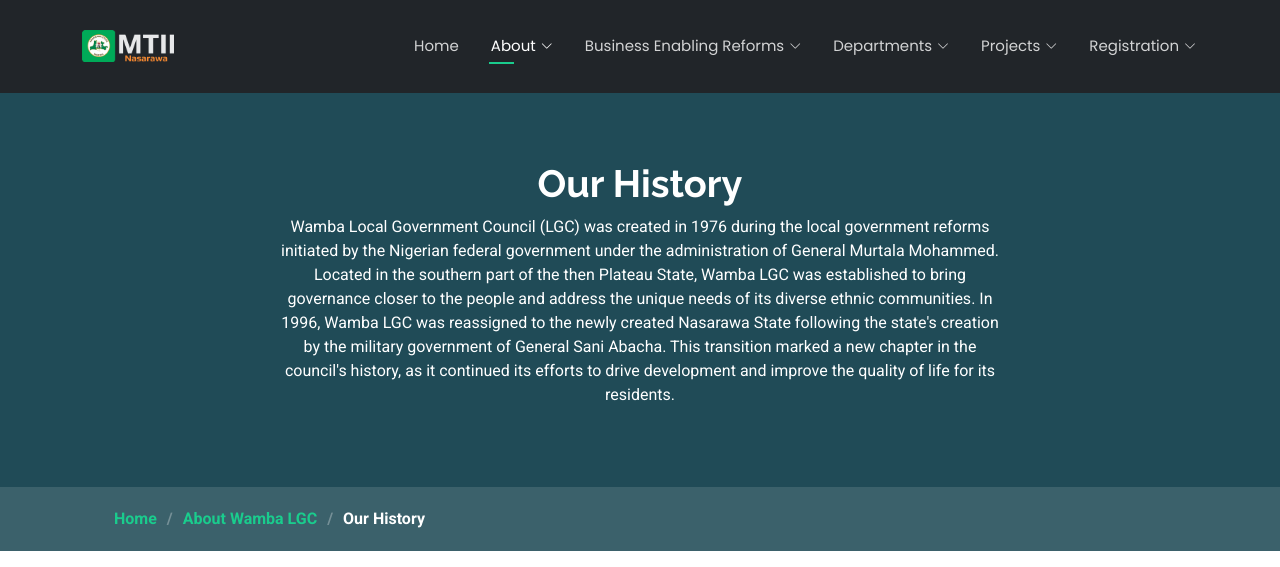
Repository: GlorifiedIntel/wamba-lgc
Page: wamba-history.html
These files come from the project's save history. The page is drawn as it stood at one moment and after the next save; the edit follows.
The browser window is 1280 px wide. The pictures show the part of the page from y = 0 to 567 px (the page is 4187 px tall before and 4163 px after).
A picture or video elsewhere on the page could not be fetched, so the positions and the page height are approximate.

Above is the page before, as saved 2025-02-06 03:26:18.
Console error: TypeError: Cannot read properties of null (reading 'click')

### wamba-history.html
<!DOCTYPE html>
<html lang="en">

<head>
  <meta charset="utf-8">
  <meta http-equiv="X-UA-Compatible" content="IE=edge">
  <meta name="viewport" content="width=device-width, initial-scale=1.0">
  <meta name="format-detection" content="telephone=no">
  <meta name="apple-mobile-web-app-capable" content="yes">
  <meta name="author" content="Kevin Cross Minchakpu">
  <meta name="keywords" content="MTII, Nasarawa, Industry, Trade, Investment, Entrepreneur">
  <meta name="description" content="The Nasarawa State Ministry of Trade, Industry, and Investment promotes economic growth through trade, industrialization, and investment. It supports local industries, attracts investments, and fosters innovation to boost competitiveness and diversify the economy.">

  <!-- Favicons -->
  <link href="assets/img/favicon.png" rel="icon">
  <link href="assets/img/apple-touch-icon.png" rel="apple-touch-icon">

  <!-- Fonts -->
  <link href="https://fonts.googleapis.com" rel="preconnect">
  <link href="https://fonts.gstatic.com" rel="preconnect" crossorigin>
  <link href="https://fonts.googleapis.com/css2?family=Roboto:ital,wght@0,100;0,300;0,400;0,500;0,700;0,900;1,100;1,300;1,400;1,500;1,700;1,900&family=Poppins:ital,wght@0,100;0,200;0,300;0,400;0,500;0,600;0,700;0,800;0,900;1,100;1,200;1,300;1,400;1,500;1,600;1,700;1,800;1,900&family=Raleway:ital,wght@0,100;0,200;0,300;0,400;0,500;0,600;0,700;0,800;0,900;1,100;1,200;1,300;1,400;1,500;1,600;1,700;1,800;1,900&display=swap" rel="stylesheet">

  <!-- Vendor CSS Files -->
  <link href="assets/vendor/bootstrap/css/bootstrap.min.css" rel="stylesheet">
  <link href="assets/vendor/bootstrap-icons/bootstrap-icons.css" rel="stylesheet">
  <link href="assets/vendor/aos/aos.css" rel="stylesheet">
  <link href="assets/vendor/glightbox/css/glightbox.min.css" rel="stylesheet">
  <link href="assets/vendor/swiper/swiper-bundle.min.css" rel="stylesheet">

  <!-- Main CSS File -->
  <link href="assets/css/main.css" rel="stylesheet">
</head>

<body class="index-page">
  <header id="header" class="header d-flex align-items-center fixed-top bg-dark">
    <div class="container-fluid container-xl position-relative d-flex align-items-center justify-content-between">
      <a href="index.html" class="logo d-flex align-items-center">
        <img src="assets/img/logo.png" alt="" >
      </a>
      <nav id="navmenu" class="navmenu">
        <ul>
          <li><a href="index.html">Home</a></li>
          <li class="dropdown"><a href="about-mtii.html" class="active"><span>About</span> <i class="bi bi-chevron-down toggle-dropdown"></i></a>
            <ul>
              <li><a href="about-mtii.html">Nasarawa MTII</a></li>
                  <li><a href="mtii-history.html">MTII History</a></li>
                  <li><a href="the-commissioner.html" >The Commissioner</a></li>
                  <li><a href="the-secretary.html" >The Permanent Secretary</a></li>
                  <li><a href="directors.html" >Our Directors</a></li>
                  <li><a href="contact-us.html" >Our Contact</a></li>
            </ul>
          </li>

          <li class="dropdown"><a href="business-reforms.html"><span>Business Enabling Reforms</span> <i class="bi bi-chevron-down toggle-dropdown"></i></a>
            <ul>
              <li><a href="business-plans.html">Business Enabling Action Plan</a></li>
                  <li><a href="grievance.html">Grievance Redress Mechanism</a></li>
                  <li><a href="application-guidelines.html" >Application Guidelines</a></li>
                  <li><a href="legal-framework.html" >Legal Framework</a></li>
                  <li><a href="investment-opportunities.html" >Investment Opportunities</a></li>
            </ul>
          </li>

          <li class="dropdown"><a href="departments.html"><span>Departments</span> <i class="bi bi-chevron-down toggle-dropdown"></i></a>
            <ul>
              <li><a href="admin.html">Administration & Supply</a></li>
              <li><a href="cooperative.html">Cooperative & Thrift</a></li>
              <li><a href="finance.html">Finance & Account</a></li>
              <li><a href="investment.html">Industry & Investment</a></li>
              <li><a href="planning.html">Planning/Research/Statistics</a></li>
              <li><a href="trade.html">Trade</a></li>
            </ul>
          </li>

          <li class="dropdown"><a href="projects.html"><span>Projects</span> <i class="bi bi-chevron-down toggle-dropdown"></i></a>
            <ul>
              <li><a href="completed.html">Completed Projects</a></li>
                  <li><a href="ongoing.html">Ongoing Projects</a></li>
                  <li><a href="proposed.html" >Proposed Projects</a></li>
            </ul>
          </li>

          <li class="dropdown"><a href="registration.html"><span>Registration</span> <i class="bi bi-chevron-down toggle-dropdown"></i></a>
            <ul>
              <li><a href="howtoregister.html">How To Register</a></li>
                  <li><a href="online-registration.html">Online Registration</a></li>
                  <li><a href="businame-name.html" >Business Name Registration</a></li>
                  <li><a href="business-premises.html" >Business Premises Registration</a></li>
                  <li><a href="faqs.html" >FAQs</a></li>
            </ul>
          </li>
        </ul>
        <i class="mobile-nav-toggle d-xl-none bi bi-list"></i>
      </nav>

    </div>
  </header>

  <main class="main">

    <!-- Page Title -->
    <div class="page-title dark-background" data-aos="fade">
      <div class="heading">
        <div class="container">
          <div class="row d-flex justify-content-center text-center">
            <div class="col-lg-8">
              <h1>Our History</h1>
              <p class="mb-0">Wamba Local Government Council (LGC) was created in 1976 during the local government reforms initiated by the Nigerian federal government under the administration of General Murtala Mohammed. Located in the southern part of the then Plateau State, Wamba LGC was established to bring governance closer to the people and address the unique needs of its diverse ethnic communities. In 1996, Wamba LGC was reassigned to the newly created Nasarawa State following the state's creation by the military government of General Sani Abacha. This transition marked a new chapter in the council's history, as it continued its efforts to drive development and improve the quality of life for its residents.</p>
            </div>
          </div>
        </div>
      </div>
      <nav class="breadcrumbs">
        <div class="container">
          <ol>
            <li><a href="index.html">Home</a></li>
            <li><a href="about-mtii.html">About Wamba LGC</a></li>
            <li class="current">Our History</li>
          </ol>
        </div>
      </nav>
    </div><!-- End Page Title -->
    <section id="starter-section" class="starter-section section">
      <div class="container text-center">
        <div class="row justify-content-start">
          <div class="col-md-4 left-column">
            <div class="mtii-vertical-menu">
              <a href="about-mtii.html" class="active">About Wamba LGC</a>
              <a href="about-mtii.html">Our Mission</a>
              <a href="the-commissioner.html">The Executive Chairman</a>
              <a href="the-deputy.html">The Deputy Chairman</a>
              <a href="the-secretary.html">The Secretary</a>
              <a href="departments.html">Departments</a>
              <a href="registration-fee.html">Registration Fees</a>
              <a href="online-registration.html">Registration</a>
              <a href="strategic-plans.html">Strategic Plan</a>
              <a href="climate-change.html">Climate change Information Hub</a>
              <a href="our-history.html">Our History</a>
              <a href="our-policies.html">Our Policies</a>
              <a href="contact-us.html">Contact Us</a>
            </div>
            <img src="assets/img/biz-reform-3.jpg" alt="market" class="img-fluid mt-5">
            <img src="assets/img/medicals-2.jpg" alt="Health Worker" class="img-fluid mt-5">

          </div>
          <div class="col-md-8 right-column text-start">
            <h2>Our History</h2>
            <h3>Creation and Early Years</h3>
            <p>Wamba Local Government Council (LGC) was established in [insert year of creation, if known], as part of the broader local government reforms in Nigeria aimed at bringing governance closer to the people. Located in Nasarawa State, Wamba LGC was carved out to serve the administrative, social, and economic needs of the Wamba community, which is predominantly inhabited by diverse ethnic groups, including the Rindre, Kantana people, among others. The creation of the LGC was a significant milestone in the region’s development, providing a platform for grassroots governance and community-driven progress.            </p>
          <h3>Early Development and Challenges</h3>
          <p>In its early years, Wamba LGC faced numerous challenges, including limited infrastructure, inadequate public services, and a lack of economic opportunities. The council focused on establishing basic administrative structures, improving access to education and healthcare, and fostering unity among the diverse ethnic groups within its jurisdiction. Despite limited resources, the LGC made strides in promoting peace and cooperation among its communities, laying the foundation for future growth.</p>
          <h3>Socio-Economic Growth</h3>
          <p>Over the years, Wamba LGC has experienced significant socio-economic growth, driven by strategic development initiatives and community-driven projects. The council has prioritized infrastructure development, education, healthcare, and agriculture to improve the quality of life for its residents. Through partnerships with government agencies, non-profit organizations, and private sector stakeholders, Wamba LGC has implemented programs to address poverty, unemployment, and social inequality, fostering inclusive growth and sustainable development.</p>
          <h3>Cultural Heritage and Community Life</h3>
          <p>Wamba LGC is renowned for its rich cultural heritage, with traditional festivals, dances, and ceremonies playing a central role in community life. The council has consistently supported efforts to preserve and promote this heritage, fostering a sense of pride and identity among its people. Cultural events have also served as a platform for promoting unity and peaceful coexistence among the diverse ethnic groups in the area.          </p>
          <h3>Recent Developments and Achievements</h3>
          <p>In recent years, Wamba LGC has made significant progress in addressing key challenges and advancing its development agenda. The council has embraced technology and innovation to improve service delivery and governance. Efforts have been made to enhance education and healthcare services, with the construction of new schools and health centers. Infrastructure development has remained a priority, with ongoing projects to improve road networks and provide access to clean water and electricity.          </p>
        <h3>Environmental Sustainability</h3>
        <p>Wamba LGC is committed to environmental sustainability and has implemented initiatives to protect its natural resources and promote eco-friendly practices. The council has supported tree planting campaigns, waste management programs, and renewable energy projects to mitigate the impact of climate change and preserve the region’s biodiversity. By promoting environmental awareness and conservation, Wamba LGC is working to create a greener and more sustainable future for its residents.</p>
        <h3>Community Engagement and Governance</h3>
        <p>Community engagement and participatory governance are central to Wamba LGC’s development approach. The council has established mechanisms for citizen participation, feedback, and collaboration to ensure that community needs and priorities are reflected in its policies and programs. Through town hall meetings, community forums, and stakeholder consultations, Wamba LGC has fostered a culture of transparency, accountability, and inclusivity in its decision-making processes.</p>
        <h3>Vision for the Future</h3>
        <p>Looking ahead, Wamba LGC is committed to building on its achievements and addressing emerging challenges to realize its vision for the future. The council aims to promote sustainable development, economic growth, and social inclusion, guided by principles of equity, justice, and integrity. By harnessing the creativity, resilience, and potential of its people, Wamba LGC seeks to create a vibrant, prosperous, and harmonious community that serves as a model of excellence and innovation in Nasarawa State.</p>
        <h3>Conclusion</h3>
        <p>Wamba Local Government Council has played a pivotal role in the development of the Wamba community, providing essential services, fostering social cohesion, and driving economic progress. Through its commitment to good governance, community engagement, and sustainable development, the council has made significant contributions to the well-being and prosperity of its residents. As Wamba LGC continues on its development journey, it remains dedicated to building a brighter future for its people and creating a legacy of excellence that will endure for generations to come.</p>
        <h2>Major Policy Thrusts</h2>
          <p>Wamba LGC’s policy framework is guided by a comprehensive set of strategic objectives aimed at unlocking Nasarawa State's full economic potential and significantly improving the quality of life for its residents. These objectives are designed to harness the state’s abundant natural resources, human capital, and entrepreneurial spirit, fostering an environment that promotes sustainable development and inclusive growth. By aligning its policies with global best practices and state-specific needs, the Ministry seeks to drive innovation, create jobs, and ensure equitable access to economic opportunities across all sectors. The major policy thrusts include:</p>

      </div>
      </div>
    </section><!-- /Starter Section Section -->
    <div class="container">
       <div class="row justify-content-center">
			<div class="col-md-6">
				<!-- Step -->
        <div class="card rounded-0 text-center p-3 bg-light px-5 mb-5">
					<div class="d-flex rounded-circle mx-auto align-items-center justify-content-center text-white fs-3 fw-bold bg-primary border border-white border-4" style="width: 4rem; height:4rem; margin-top: -3rem;">
						1
					</div>
					<h5 class="mt-3">Optimum Utilization of Resources:</h5>
					<p class="text-muted">Wamba LGC is committed to ensuring the efficient and effective use of the state’s natural, human, and financial resources to achieve sustainable economic growth and development.</p>
				</div>
				<!-- Step -->
				<div class="card rounded-0 text-center p-3 bg-light px-5 mb-5">
					<div class="d-flex rounded-circle mx-auto align-items-center justify-content-center text-white fs-3 fw-bold bg-primary border border-white border-4" style="width: 4rem; height:4rem; margin-top: -3rem;">
						2
					</div>
					<h5 class="mt-3">Rural Industrialization through Cooperative Initiatives:</h5>
					<p class="text-muted">The Local Government focuses on stimulating industrial activities in rural areas by leveraging the cooperative approach and establishing catalytic projects. These initiatives aim to unlock the economic potential of rural communities and reduce urban migration.</p>
				</div>
				<!-- Step -->
				<div class="card rounded-0 text-center p-3 bg-light px-5 mb-5">
					<div class="d-flex rounded-circle mx-auto align-items-center justify-content-center text-white fs-3 fw-bold bg-primary border border-white border-4" style="width: 4rem; height:4rem; margin-top: -3rem;">
						3
					</div>
					<h5 class="mt-3">Promoting Private Sector Participation:</h5>
					<p class="text-muted">Wamba LGC actively creates opportunities for private sector engagement in the state’s economic development. By fostering a business-friendly environment, the Ministry encourages investment, innovation, and entrepreneurship to drive job creation and economic empowerment for the people of Nasarawa State.</p>
				</div>
        <p class="mx-5">Through its history and strategic focus, the Local Government remains a vital driver of Nasarawa State’s transformation into a thriving hub of trade, industry, and investment.</p>
        <a class="btn btn-dark my-5 align-items-center" href="#" role="button">Our Past Leaders</a>
      </div>
      <div >
     </div>
		</div>
	</div>
    </main>
  <!--Main End-->

<!--Footer Start-->
<footer id="footer" class="footer dark-background">

  <div class="container footer-top">
    <div class="row gy-4">
      <div class="col-lg-4 col-md-6 footer-about">
        <a href="index.html" class="logo d-flex align-items-center">
          <span class="sitename">Wamba LGC</span>
        </a>
        <div class="footer-contact pt-3">
         <p>Jos Road,</p>
          <p>Wamba, Nasarawa State </p>
          <p class="mt-3"><strong>Phone:</strong> <span>+234 5589 55488 55</span></p>
          <p><strong>Email:</strong> <span>info@wamba.gov.ng</span></p>
        </div>
        <div class="social-links d-flex mt-4">
          <a href="" title="Twitter"><i class="bi bi-twitter-x"></i></a>
          <a href="" title="Facebook"><i class="bi bi-facebook"></i></a>
          <a href="" title="Instagram"><i class="bi bi-instagram"></i></a>
          <a href="" title="LinkedIn"><i class="bi bi-linkedin"></i></a>
        </div>
      </div>

      <div class="col-lg-2 col-md-3 footer-links">
        <h4>Useful Links</h4>
        <ul>
          <li><a href="index.html">Home</a></li>
          <li><a href="about-mtii.html">About us</a></li>
          <li><a href="services.html">Services</a></li>
          <li><a href="terms-of-use.html">Terms of service</a></li>
          <li><a href="privacy-policy.html">Privacy policy</a></li>
        </ul>
      </div>

      <div class="col-lg-2 col-md-3 footer-links">
        <h4>Our Services</h4>
        <ul>
          <li><a href="business-premises.html">Business Premises Registration</a></li>
          <li><a href="ngo-cbo-registration.html">NGOs/CBOs Registration</a></li>
          <li><a href="fbo-registration.html">FBOS Registration</a></li>
          <li><a href="cooperative-registration.html">Co-operative Society Registration</a></li>
          <li><a href="rent.html">Rent/Leasing/Haulage</a></li>
        </ul>
      </div>

      <div class="col-lg-4 col-md-12 footer-newsletter">
        <h4>Our Newsletter</h4>
        <p>Subscribe to our newsletter and receive the latest news about our services!</p>
        <form action="forms/newsletter.php" method="post" class="php-email-form">
          <div class="newsletter-form"><input type="email" name="email"><input type="submit" value="Subscribe"></div>
          <div class="loading">Loading</div>
          <div class="error-message"></div>
          <div class="sent-message">Your subscription request has been sent. Thank you!</div>
        </form>
      </div>

    </div>
  </div>

  <div class="container-fluid copyright text-center mt-4 bg-dark">
    <p>© <span>Copyright</span> <strong class="px-1 sitename">Wamba LGC</strong> <span>All Rights Reserved</span></p>
    <div class="credits">
      Designed & Developed by <a href="https://kevinomics.com/">Kevin Cross Minchakpu</a> Powered By <a href="https://octatesystems.com">Octate Systems</a>
    </div>
  </div>

</footer>

<!-- Scroll Top -->

<button id="scroll-top" class="scroll-top d-flex bg-dark align-items-center justify-content-center" title="Scroll to top"><i class="bi bi-arrow-up-short"></i></button>
<!-- Preloader -->
<div id="preloader"></div>

<!-- Vendor JS Files -->
<script src="assets/vendor/bootstrap/js/bootstrap.bundle.min.js"></script>
<script src="assets/vendor/php-email-form/validate.js"></script>
<script src="assets/vendor/aos/aos.js"></script>
<script src="assets/vendor/glightbox/js/glightbox.min.js"></script>
<script src="assets/vendor/purecounter/purecounter_vanilla.js"></script>
<script src="assets/vendor/swiper/swiper-bundle.min.js"></script>

<!-- Main JS File -->
<script src="assets/js/main.js"></script>
<script src="assets/js/reforms.js"></script>

</body>
</html>

Loaded but not shown: assets/vendor/bootstrap/css/bootstrap.min.css (library); assets/vendor/bootstrap-icons/bootstrap-icons.css (library); assets/vendor/aos/aos.css (library); assets/vendor/glightbox/css/glightbox.min.css (library); assets/vendor/swiper/swiper-bundle.min.css (library); assets/vendor/bootstrap/js/bootstrap.bundle.min.js (library); assets/vendor/php-email-form/validate.js (common file); assets/vendor/aos/aos.js (library); assets/vendor/glightbox/js/glightbox.min.js (library); assets/vendor/purecounter/purecounter_vanilla.js (library); assets/vendor/swiper/swiper-bundle.min.js (library); assets/js/main.js (181 lines, source omitted); assets/js/reforms.js (43 lines, source omitted); assets/css/main.css (1741 lines, source omitted)

After the next save:
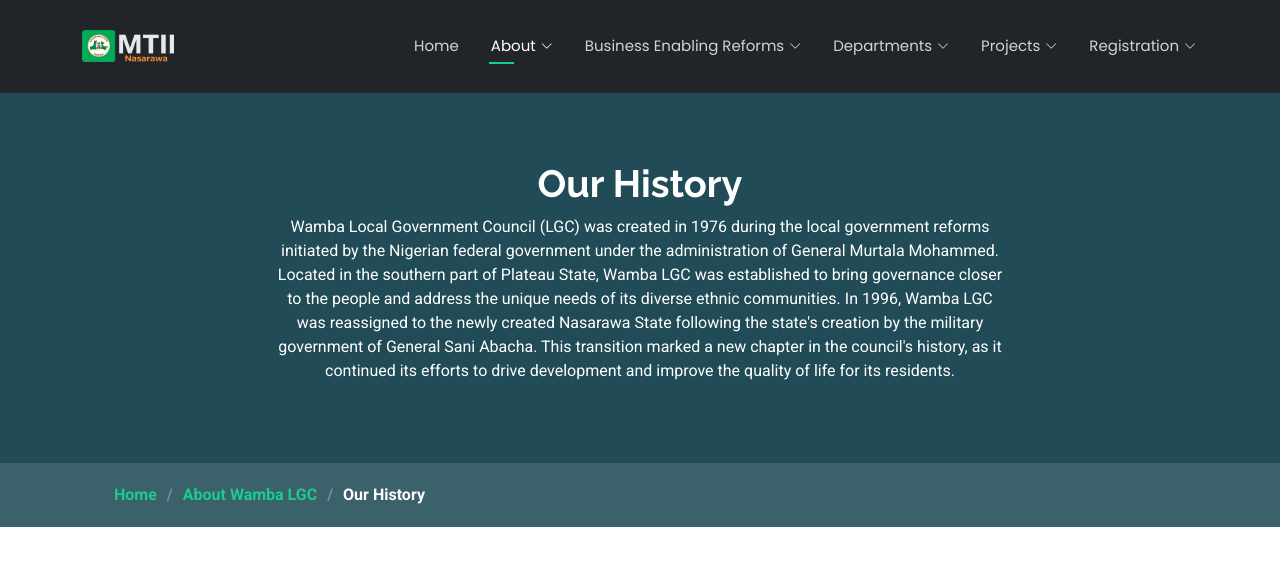
Saved 61 s later.
--- a/wamba-history.html
+++ b/wamba-history.html
@@ -105,7 +105,7 @@
           <div class="row d-flex justify-content-center text-center">
             <div class="col-lg-8">
               <h1>Our History</h1>
-              <p class="mb-0">Wamba Local Government Council (LGC) was created in 1976 during the local government reforms initiated by the Nigerian federal government under the administration of General Murtala Mohammed. Located in the southern part of the then Plateau State, Wamba LGC was established to bring governance closer to the people and address the unique needs of its diverse ethnic communities. In 1996, Wamba LGC was reassigned to the newly created Nasarawa State following the state's creation by the military government of General Sani Abacha. This transition marked a new chapter in the council's history, as it continued its efforts to drive development and improve the quality of life for its residents.</p>
+              <p class="mb-0">Wamba Local Government Council (LGC) was created in 1976 during the local government reforms initiated by the Nigerian federal government under the administration of General Murtala Mohammed. Located in the southern part of Plateau State, Wamba LGC was established to bring governance closer to the people and address the unique needs of its diverse ethnic communities. In 1996, Wamba LGC was reassigned to the newly created Nasarawa State following the state's creation by the military government of General Sani Abacha. This transition marked a new chapter in the council's history, as it continued its efforts to drive development and improve the quality of life for its residents.</p>
             </div>
           </div>
         </div>
